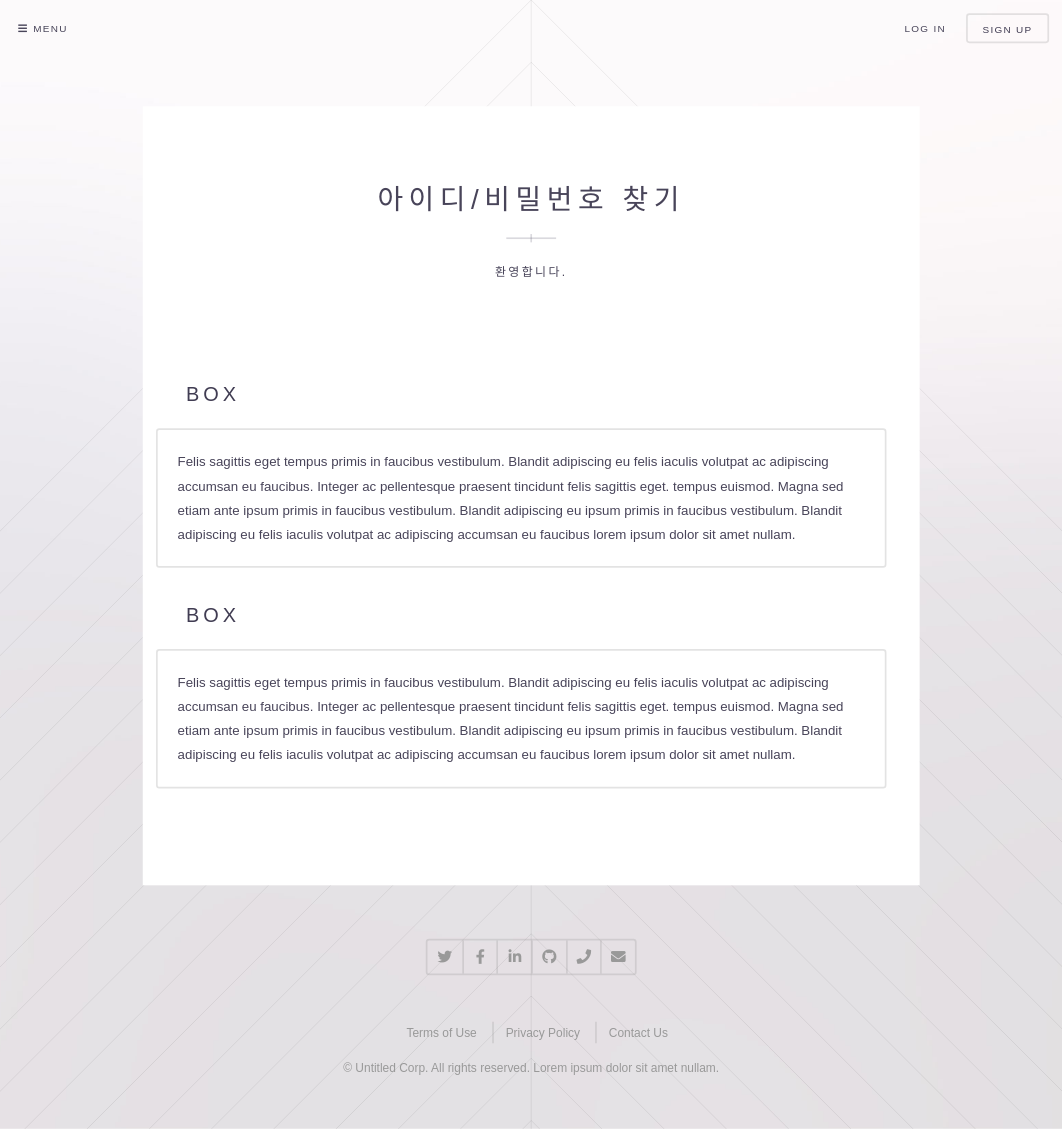
Repository: WKMoon/JavaScript-Project
Page: myFront/WebContent/find.html
The author's editor kept a copy of each file at every save. The page is drawn from the files as they stood at one save, then again after the next save.
The browser window is 1280 px wide. The pictures show the whole page, at 83% of full size.
Some web fonts or font styles are not loaded; a fallback is used.

Above is the page before, as saved 2021-02-25 08:05:49.

After the next save:
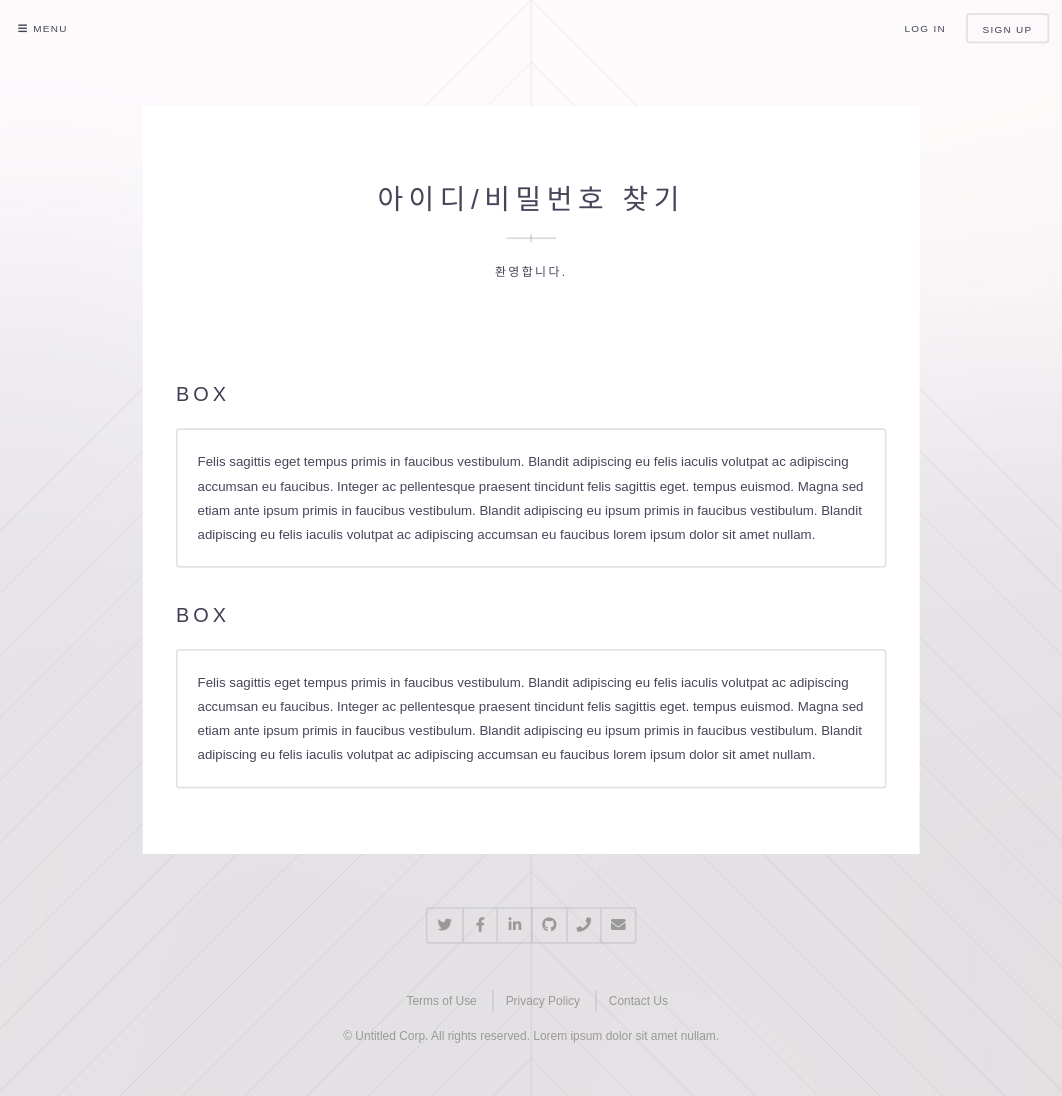
Saved 16 s later.
--- a/myFront/WebContent/find.html
+++ b/myFront/WebContent/find.html
@@ -42,7 +42,7 @@
 					<!-- Content -->
 						<div class="content">
 							<form method="post" action="#">
-											<div class="row">
+											<div class="col">
 												<h3>Box</h3>
 										<div class="box">
 											<p>Felis sagittis eget tempus primis in faucibus vestibulum. Blandit adipiscing eu felis iaculis volutpat ac adipiscing accumsan eu faucibus. Integer ac pellentesque praesent tincidunt felis sagittis eget. tempus euismod. Magna sed etiam ante ipsum primis in faucibus vestibulum. Blandit adipiscing eu ipsum primis in faucibus vestibulum. Blandit adipiscing eu felis iaculis volutpat ac adipiscing accumsan eu faucibus lorem ipsum dolor sit amet nullam.</p>

After the save that followed:
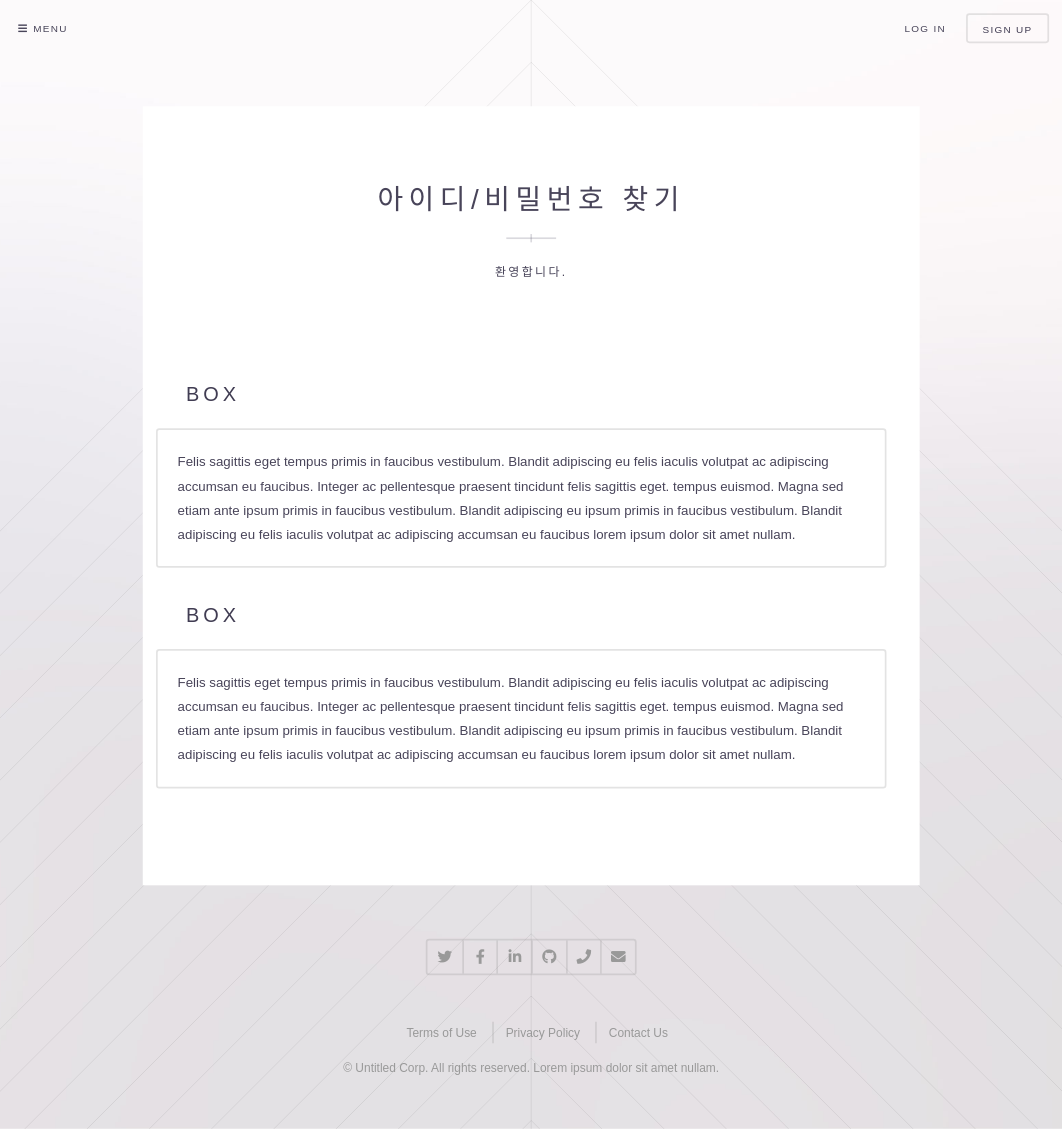
Saved 4 s later.
--- a/myFront/WebContent/find.html
+++ b/myFront/WebContent/find.html
@@ -42,7 +42,7 @@
 					<!-- Content -->
 						<div class="content">
 							<form method="post" action="#">
-											<div class="col">
+											<div class="row">
 												<h3>Box</h3>
 										<div class="box">
 											<p>Felis sagittis eget tempus primis in faucibus vestibulum. Blandit adipiscing eu felis iaculis volutpat ac adipiscing accumsan eu faucibus. Integer ac pellentesque praesent tincidunt felis sagittis eget. tempus euismod. Magna sed etiam ante ipsum primis in faucibus vestibulum. Blandit adipiscing eu ipsum primis in faucibus vestibulum. Blandit adipiscing eu felis iaculis volutpat ac adipiscing accumsan eu faucibus lorem ipsum dolor sit amet nullam.</p>
